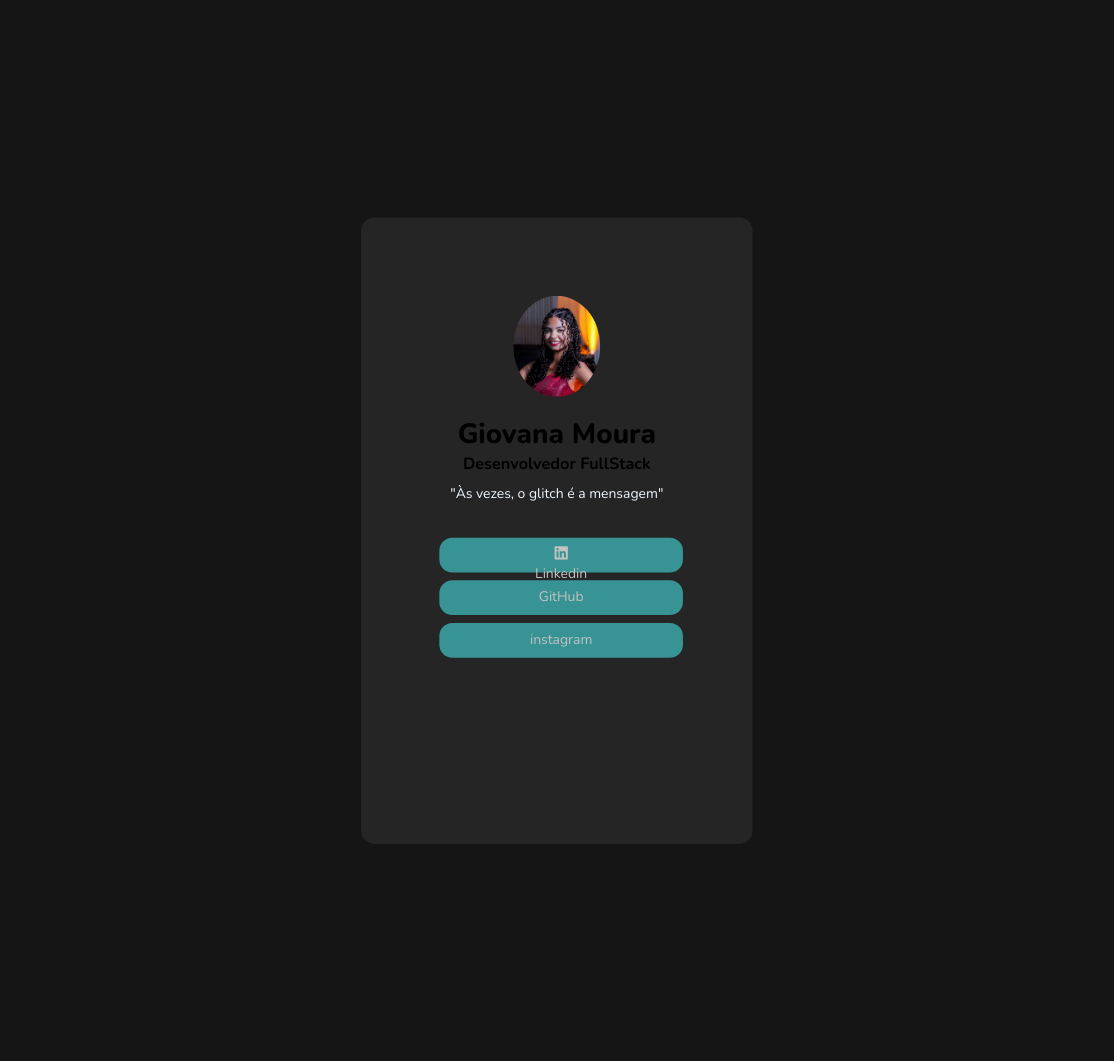
Repository: gimoli/linktree-giovana
Page: index.html
These files come from the project's save history. The page is drawn as it stood at one moment and after the next save; the edit follows.
The browser window is 1280 px wide. The pictures show the whole page, at 87% of full size.

Above is the page before, as saved 2025-04-11 10:36:05.

After the next save:
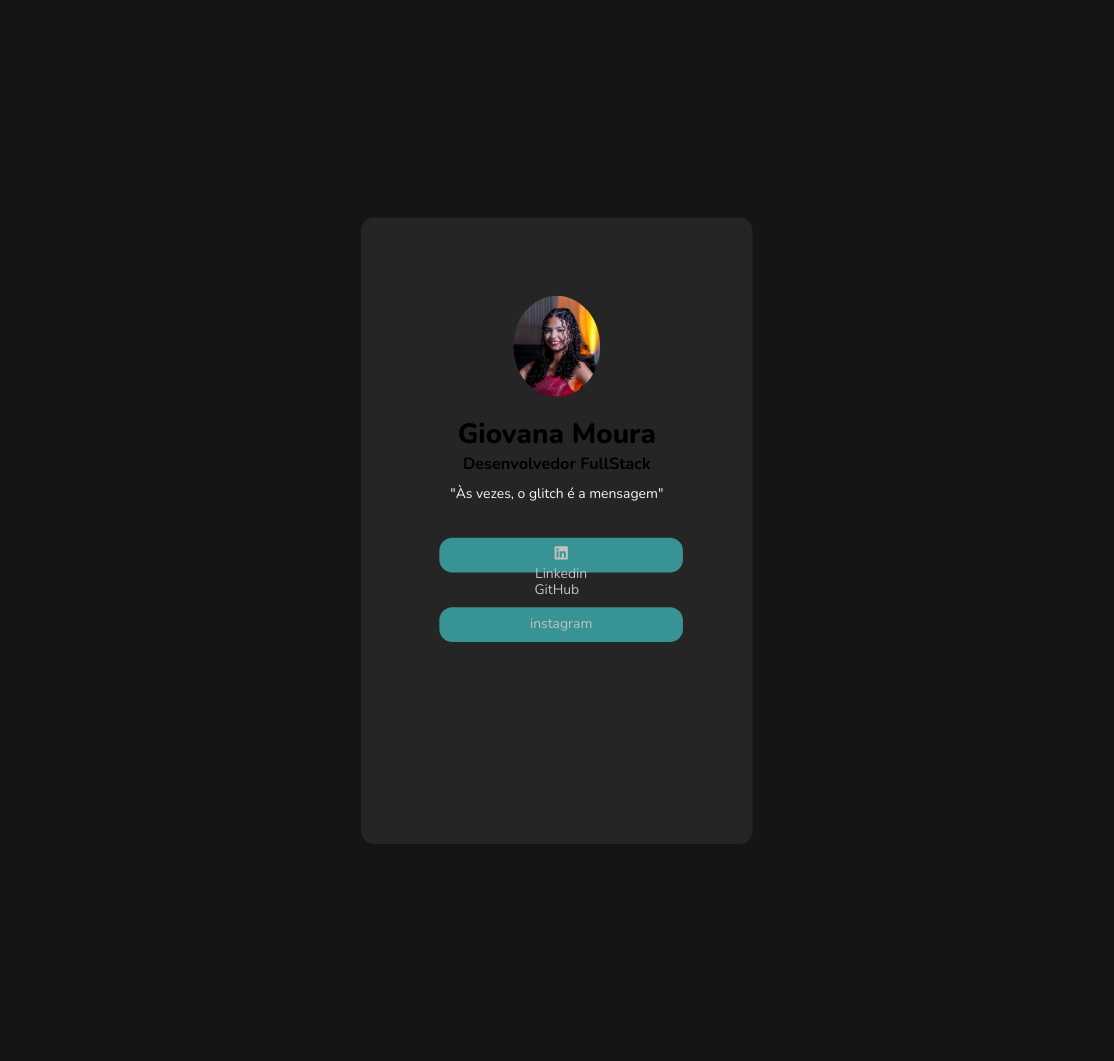
Saved 5 s later.
--- a/index.html
+++ b/index.html
@@ -32,8 +32,8 @@
                 </a>
 
                 <a href="https://github.com/gimoli" target="_blank" class="botao-linktree-2">
-                     <li>
-                        GitHub</li>
+                     <p>
+                        GitHub</p>
                     </li>
                 </a>
                 <a href="https://www.instagram.com/gimoli_n?igsh=cTNvNDJ0M3owb3Vs&utm_source=qr" target="_blank" class="botao-linktree-3">

After the 2 saves that followed:
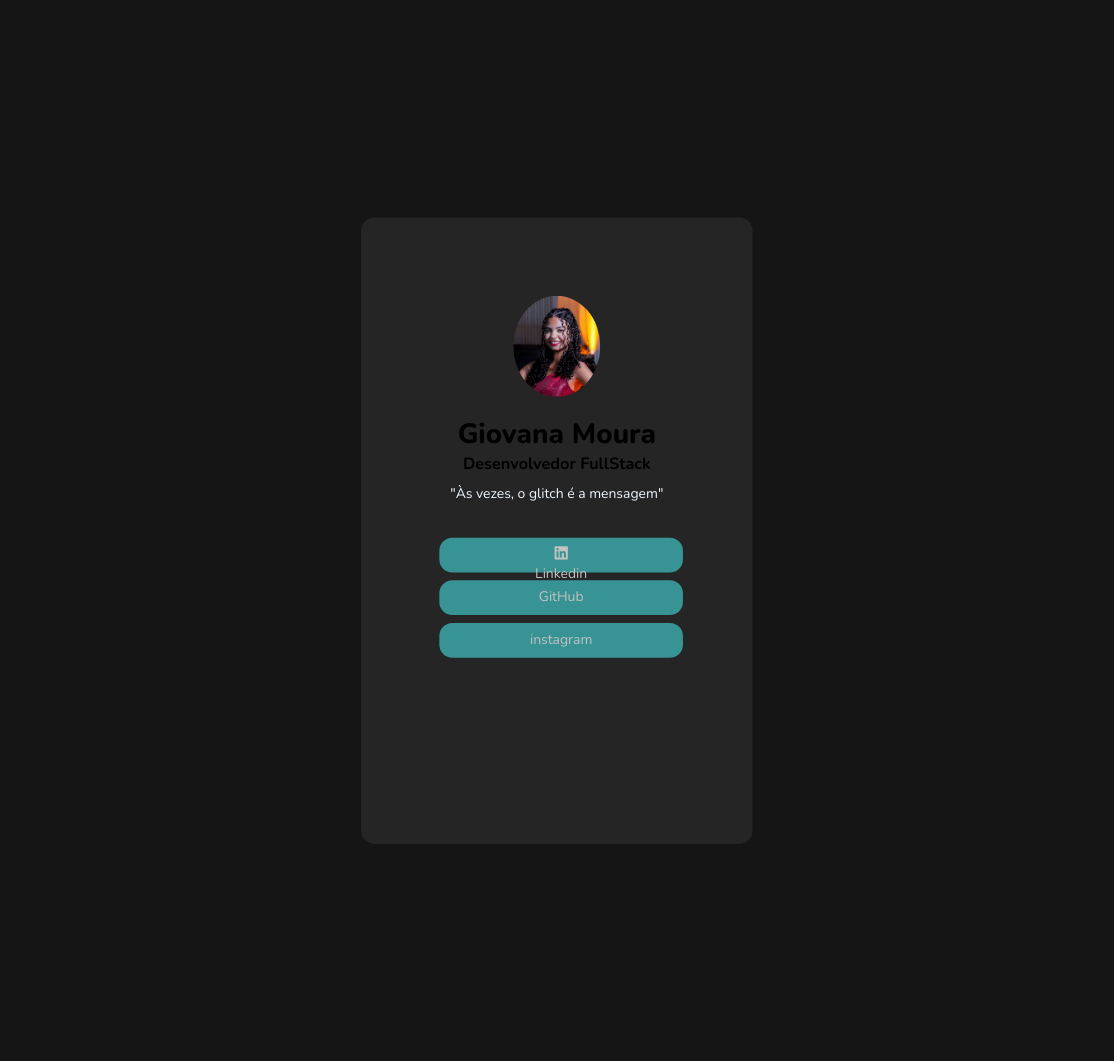
The 2 saves are shown as one change because they came seconds apart.
The last was saved 10 s later.
--- a/index.html
+++ b/index.html
@@ -32,8 +32,8 @@
                 </a>
 
                 <a href="https://github.com/gimoli" target="_blank" class="botao-linktree-2">
-                     <p>
-                        GitHub</p>
+                     <li>
+                        GitHub
                     </li>
                 </a>
                 <a href="https://www.instagram.com/gimoli_n?igsh=cTNvNDJ0M3owb3Vs&utm_source=qr" target="_blank" class="botao-linktree-3">
